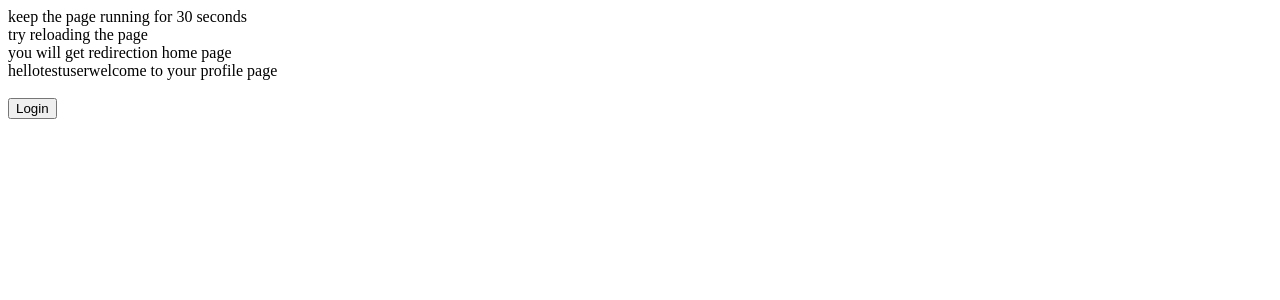
Repository: Muskan-Garg696/muskan_training
Page: http://localhost/RegitrationTest/Home.jsp
The author's editor kept a copy of each file at every save. The page is drawn from the files as they stood at one save, then again after the next save.
The browser window is 1280 px wide. The pictures show the whole page.
The page is served by Tomcat 9. The session is filled in as if someone had signed in: {"user": "testuser"}. Other server files are loaded and not shown.

Above is the page before, as saved 2019-09-05 09:14:39.

### WebApplicationProject1/RegitrationTest/WebContent/Home.jsp
<%@ page language="java" contentType="text/html; charset=ISO-8859-1"
    pageEncoding="ISO-8859-1"%>
<!DOCTYPE html>
<html>
<head>
<meta charset="ISO-8859-1">
<title>Insert title here</title>
</head>
<body>
keep the page running for 30 seconds
<br>try reloading the page
<br>you will get redirection home page
<br>

<%
if(session!=null)
{
if(session.getAttribute("user")!=null)
{
String name=(String) session.getAttribute("user") ;
out.println("hello" +name+ "welcome to your profile page");
}
else
{
response.sendRedirect("Login.html")	;
}
}
%>
<br>
<br>
<form action="LogoutController" method="post">
<input type="submit"value="Login">
</body>
</html>

After the next save:
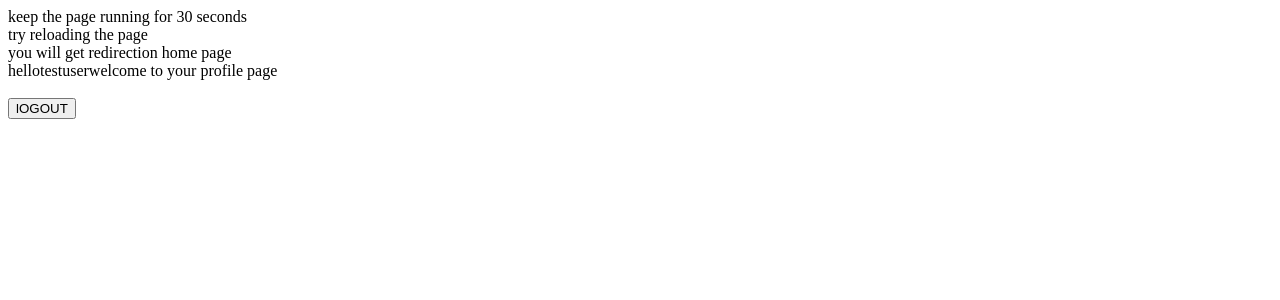
Saved 2 min 38 s later.
--- a/WebApplicationProject1/RegitrationTest/WebContent/Home.jsp
+++ b/WebApplicationProject1/RegitrationTest/WebContent/Home.jsp
@@ -29,6 +29,6 @@ response.sendRedirect("Login.html")	;
 <br>
 <br>
 <form action="LogoutController" method="post">
-<input type="submit"value="Login">
+<input type="submit"value="lOGOUT">
 </body>
 </html>
